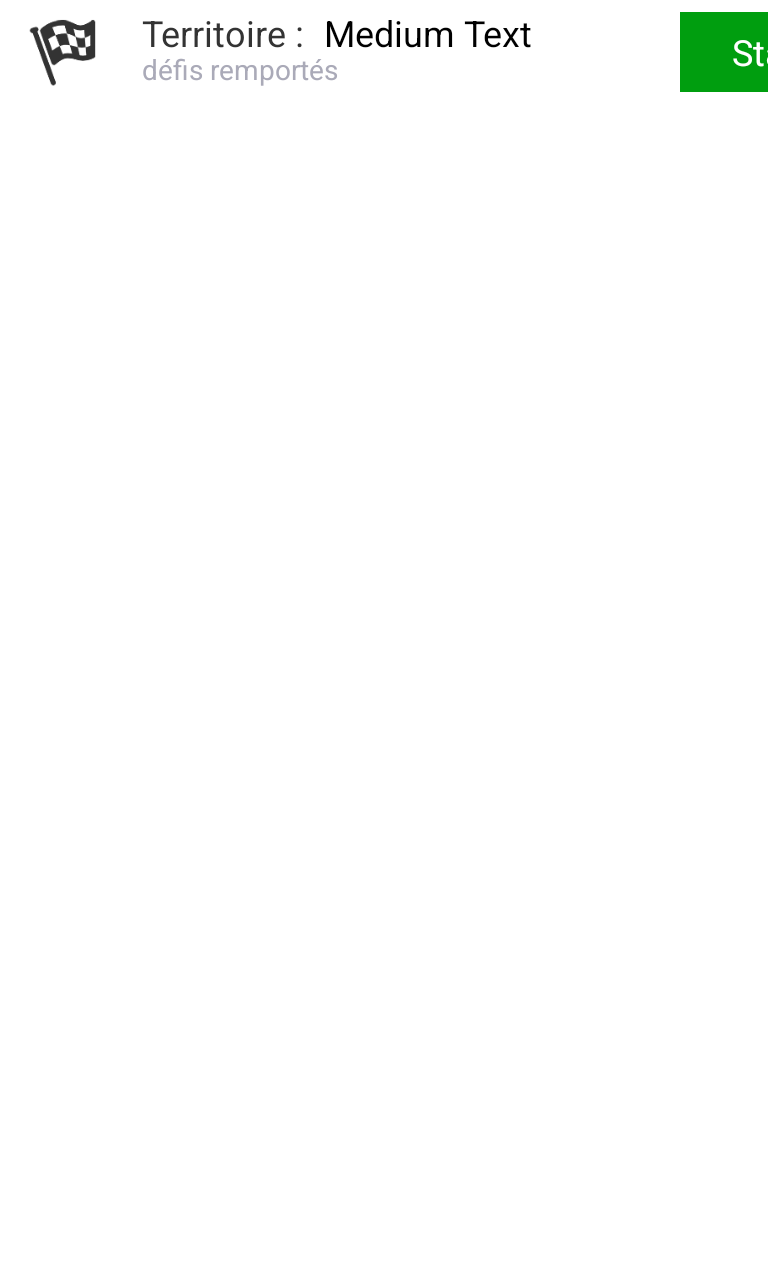
Repository: dekeym/Projet-IHM
Layout: WorkSpace/ChallengeMe/res/layout/rowlayoutterritoire.xml
The author's editor kept a copy of each file at every save. The layout is drawn from the files as they stood at one save, then again after the next save.
It is drawn on a 768 x 1280 px phone screen (xhdpi) without system bars, with theme android:Theme.Holo.Light.DarkActionBar; the app's code is not run.

Above is the layout before, as saved 2014-12-18 18:54:42.

After the next save:
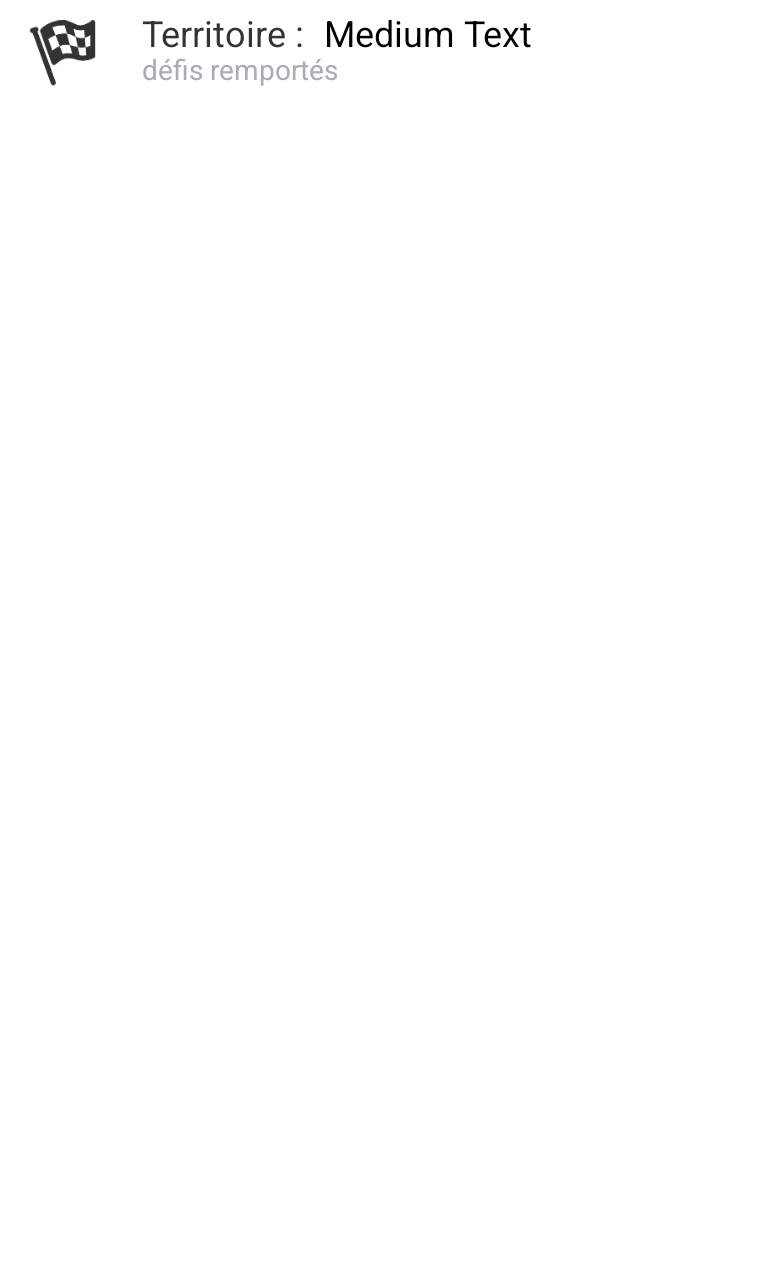
Saved 35 s later.
--- a/WorkSpace/ChallengeMe/res/layout/rowlayoutterritoire.xml
+++ b/WorkSpace/ChallengeMe/res/layout/rowlayoutterritoire.xml
@@ -37,18 +37,6 @@
         android:textColor="#AAAAB8" />
 
     <TextView
-        android:id="@+id/rowTstatut"
-        android:layout_width="100dp"
-        android:layout_height="40dp"
-        android:layout_x="340dp"
-        android:layout_y="6dp"
-        android:background="#009e0f"
-        android:gravity="center"
-        android:text="Statut"
-        android:textAppearance="?android:attr/textAppearanceMedium"
-        android:textColor="@android:color/white" />
-
-    <TextView
         android:id="@+id/rowTnameTer"
         android:layout_width="wrap_content"
         android:layout_height="wrap_content"
